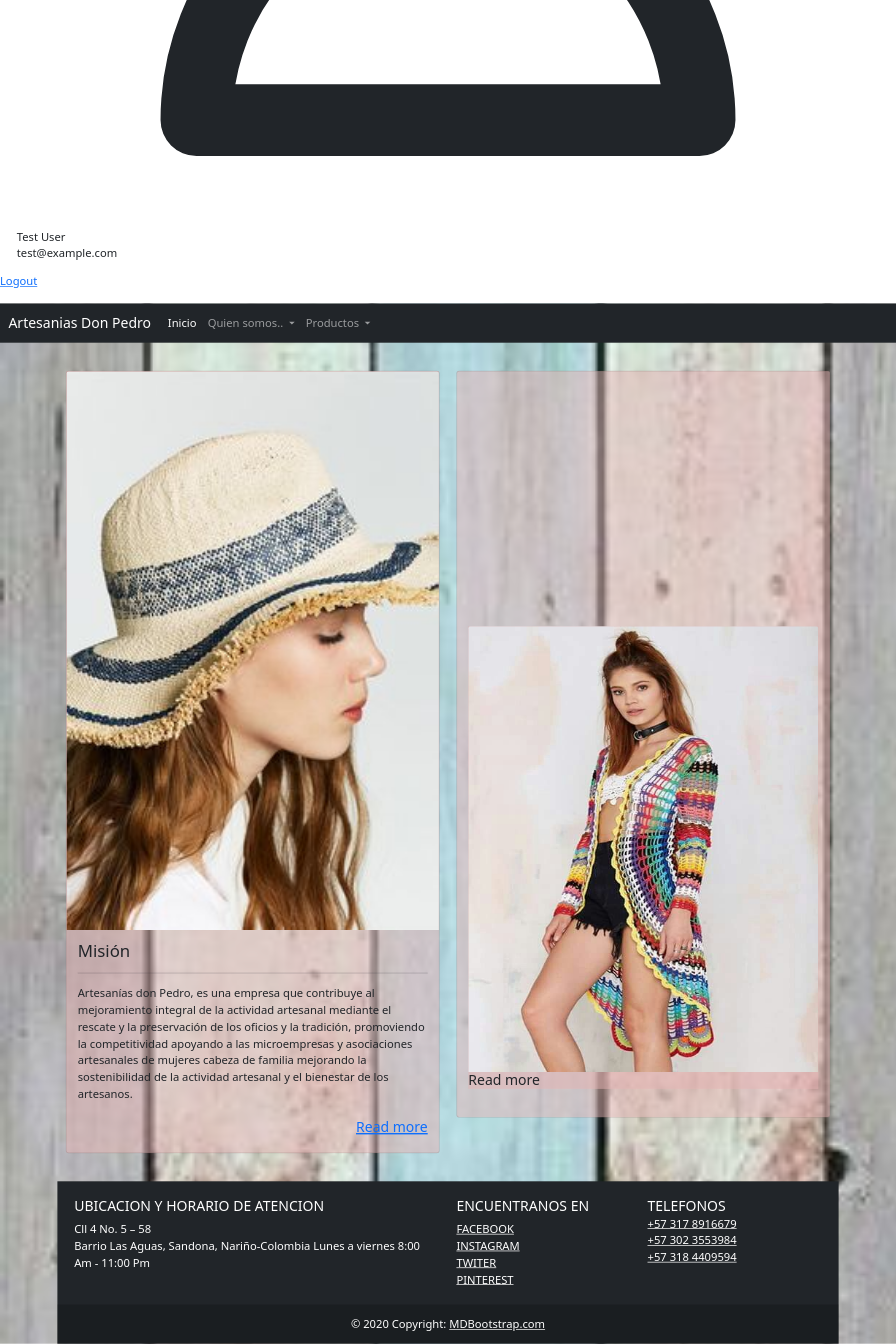
Repository: PG210/taller_artesania
Page: http://localhost/arte/mision
An editor plug-in stored every save of this project. The page is shown before and after the next save, followed by the edit.
The browser window is 1280 px wide. The pictures show the part of the page from y = 2401 to 4321 px (the page is 4321 px tall before and 4262 px after), at 70% of full size.
Pictures or frames that could not be fetched are drawn as grey boxes. The page is served by the project's Laravel application, run on PHP 8.4 with Laravel 8. A made-up administrator, Test User (test@example.com), is signed in.

Above is the page before, as saved 2021-01-14 15:02:10.

After the next save:
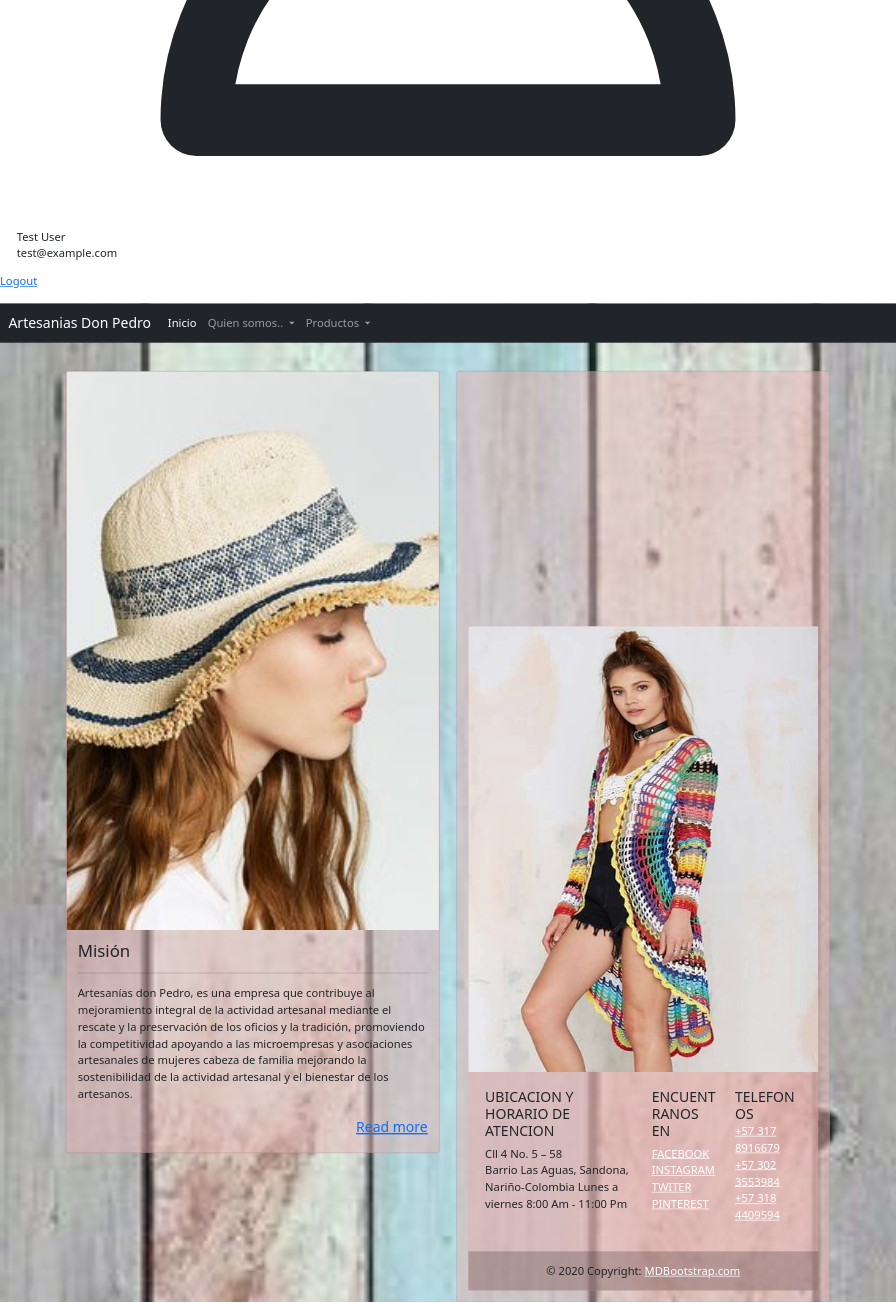
Saved 24 s later.
--- a/resources/views/arte/mision.blade.php
+++ b/resources/views/arte/mision.blade.php
@@ -86,9 +86,8 @@
             </div>
             </p>
             <!-- Link -->
-            <a href="# " class="white-text d-flex justify-content-end ">
-                <h5>Read more <i class="fas fa-angle-double-right "></i></h5>
-            </a>
+
+
 
         </div>
 

After the save that followed:
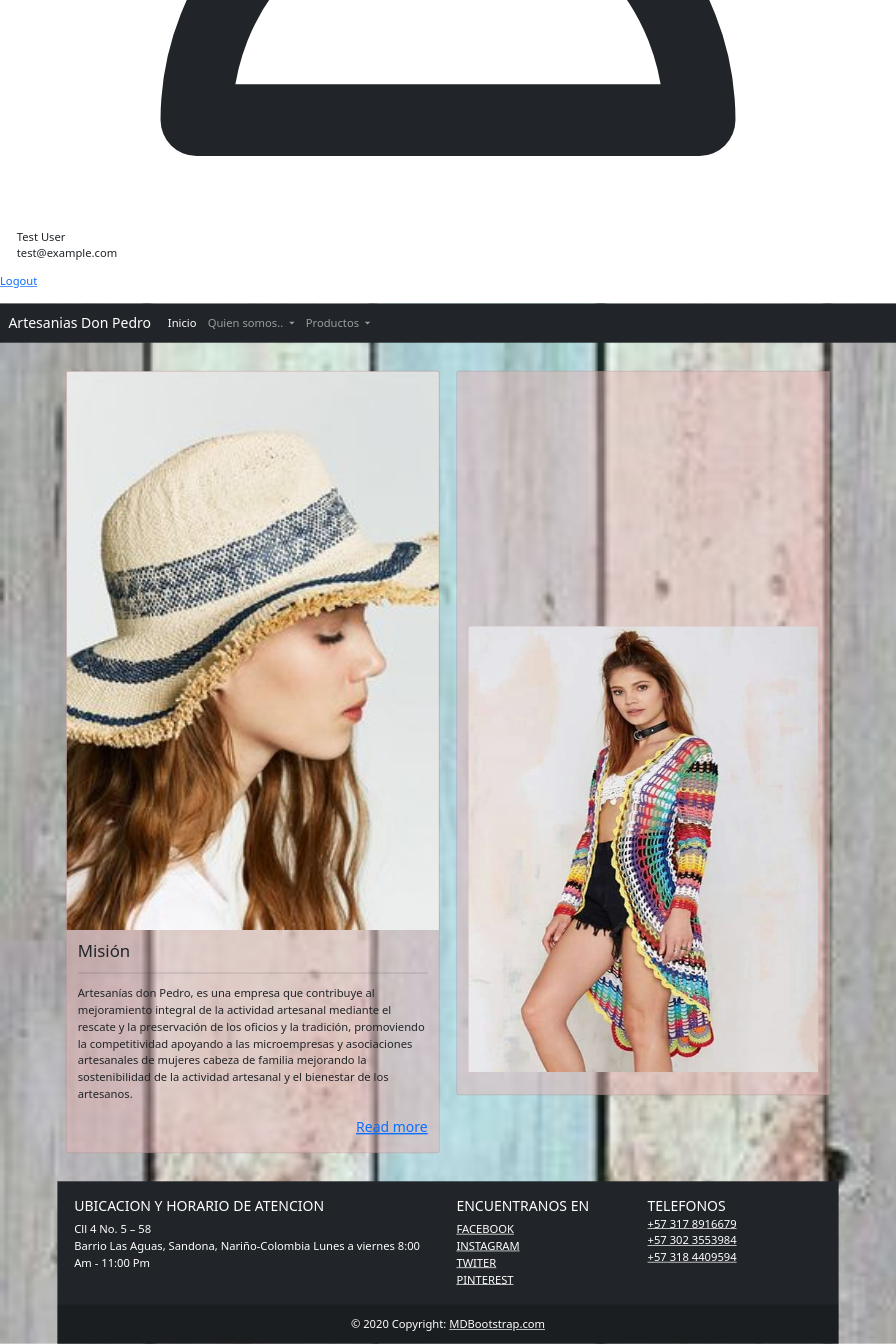
Saved 32 s later.
--- a/resources/views/arte/mision.blade.php
+++ b/resources/views/arte/mision.blade.php
@@ -87,7 +87,8 @@
             </p>
             <!-- Link -->
 
-
+                <h5>Read more <i class="fas fa-angle-double-right "></i></h5>
+            </a>
 
         </div>
 
